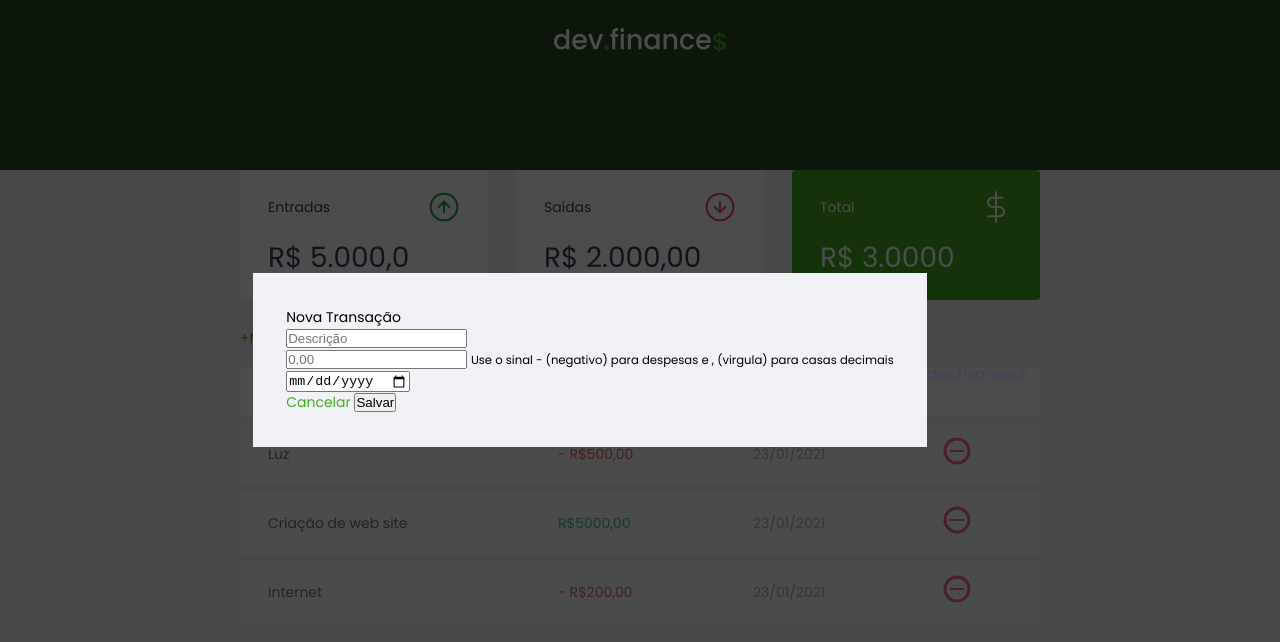
Repository: rafaelmgr12/maratona-dev01
Page: index.html
An editor plug-in stored every save of this project. The page is shown before and after the next save, followed by the edit.
The browser window is 1280 px wide. The pictures show the whole page.

Above is the page before, as saved 2021-04-28 13:16:03.

After the next save:
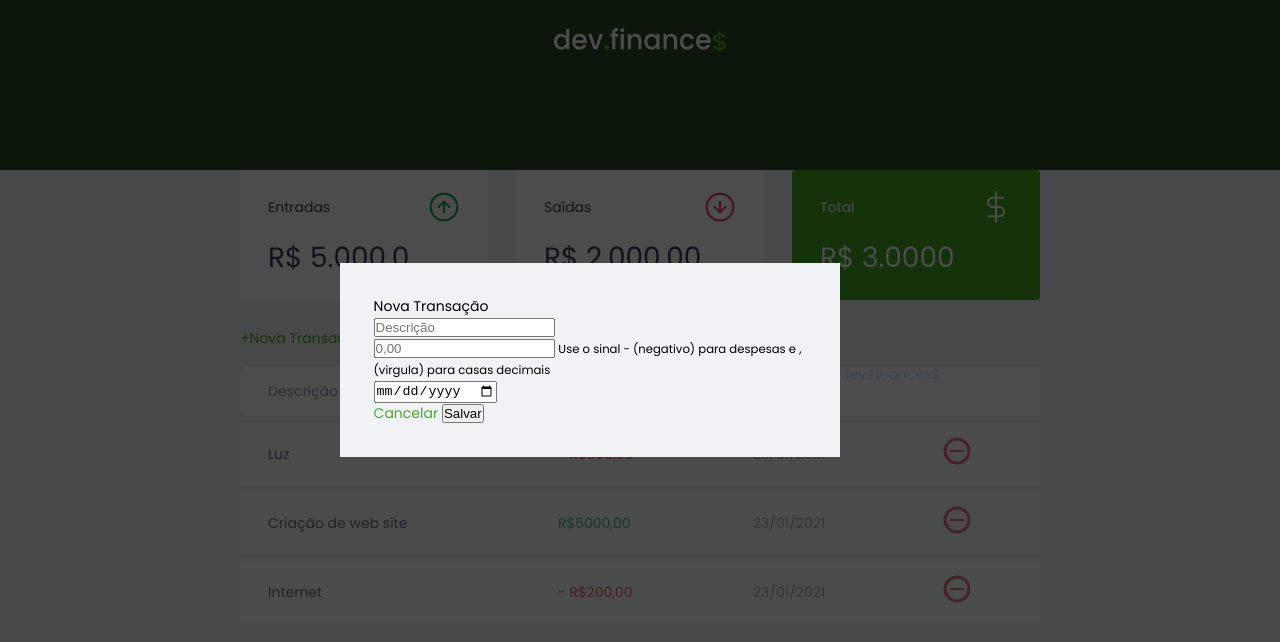
Saved 36 s later.
--- a/style.css
+++ b/style.css
@@ -189,6 +189,8 @@ td.expense {
   background : #f0f2f5;
   padding : 2.4rem;
   position: relative;
+  width: 70%;
+  max-width: 500px;
 }
 /* Form ======================================== */
 
